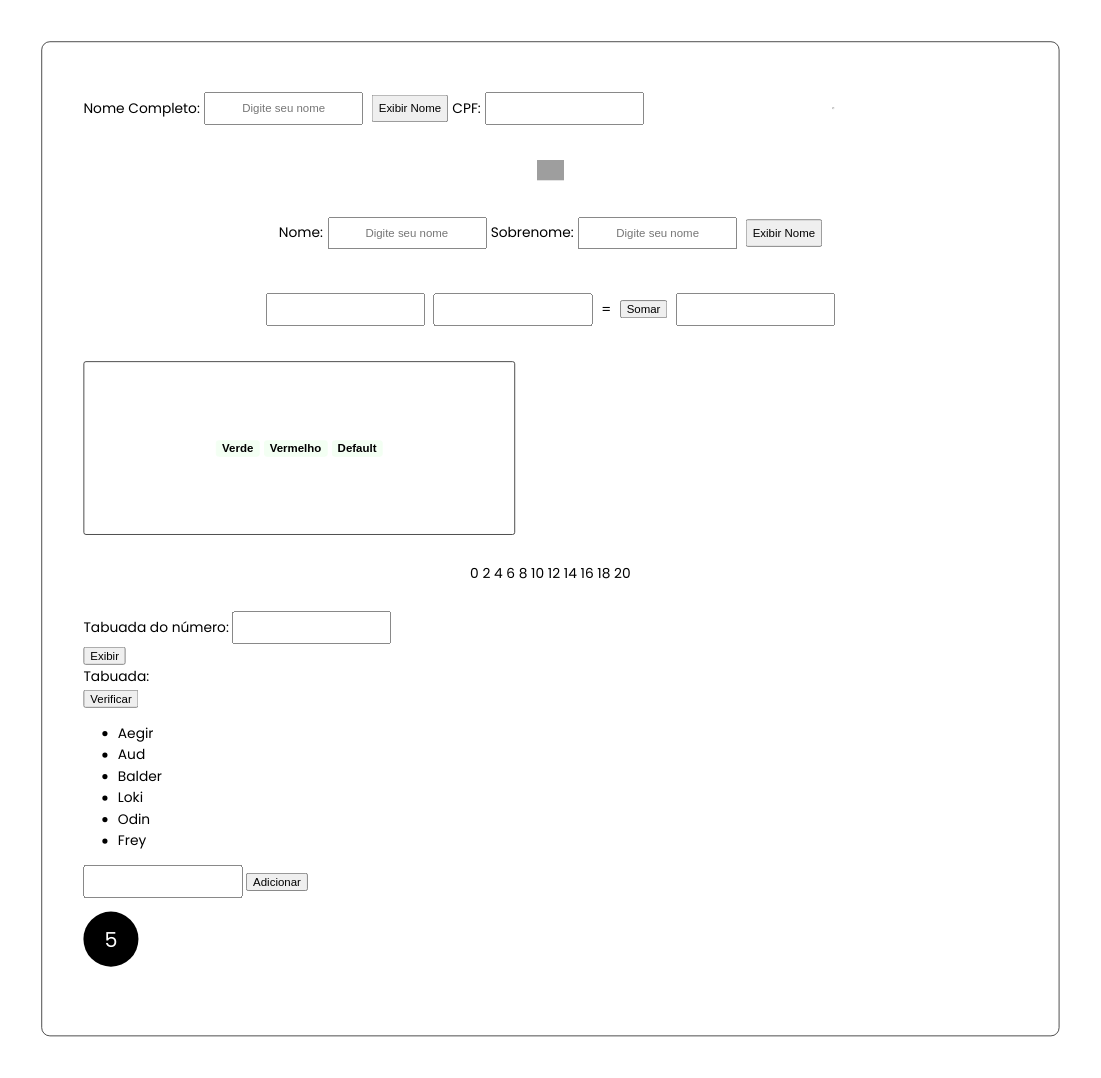
Repository: guilhermecardoso93/exerciciosjs
Page: index.html
The author's editor kept a copy of each file at every save. The page is drawn from the files as they stood at one save, then again after the next save.
The browser window is 1280 px wide. The pictures show the whole page, at 86% of full size.
Pictures or frames that could not be fetched are drawn as grey boxes.

Above is the page before, as saved 2023-05-21 17:27:43.

After the next save:
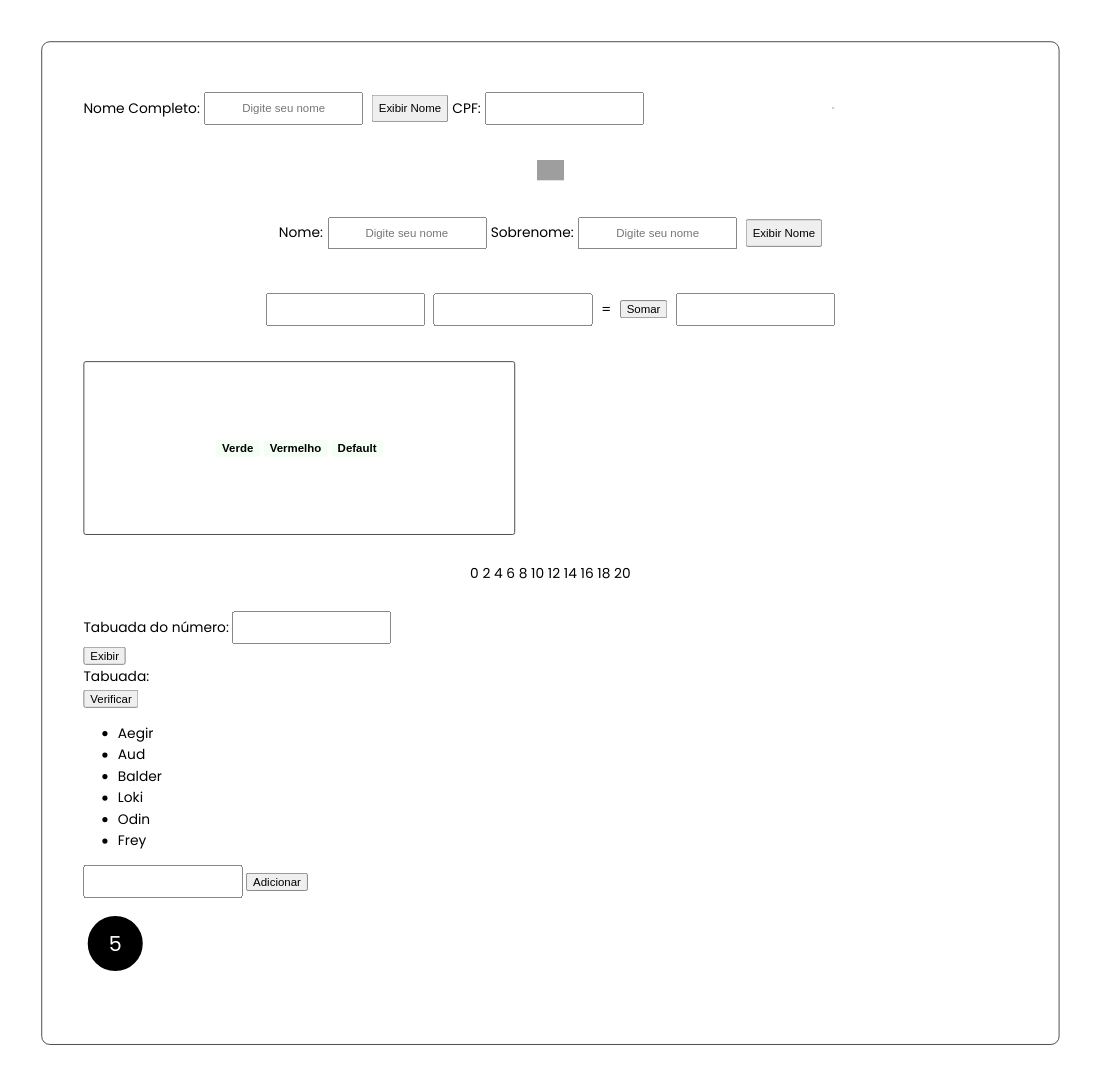
Saved 21 s later.
--- a/styles.css
+++ b/styles.css
@@ -63,4 +63,5 @@ div {
   width: 4rem;
   height: 4rem;
   border-radius: 50%;
+  border: 5px solid white;
 }
